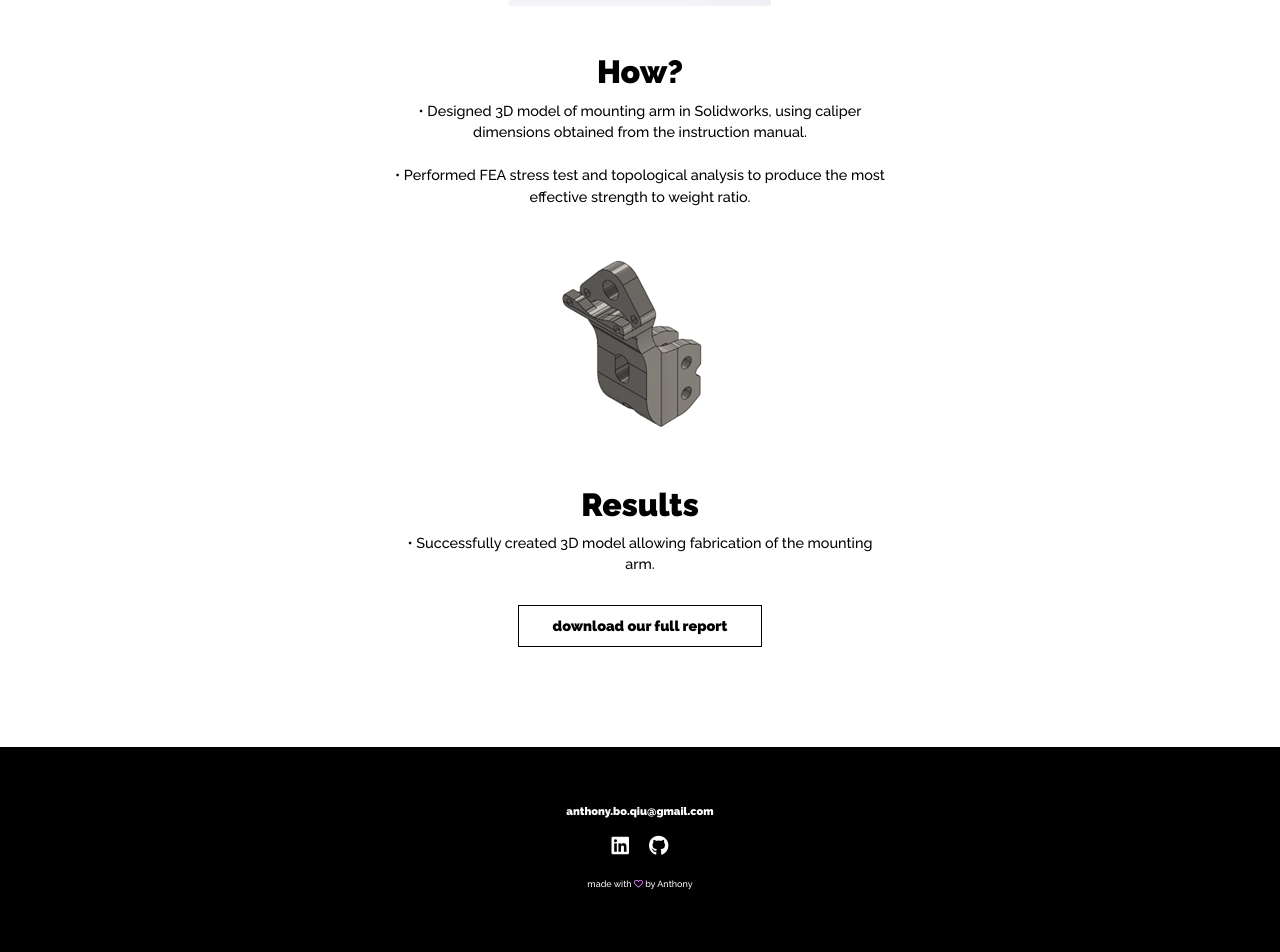
Repository: 7UM1N/anthonyq.github.io
Page: break-caliper-arm.html
These files come from the project's save history. The page is drawn as it stood at one moment and after the next save; the edit follows.
The browser window is 1280 px wide. The pictures show the part of the page from y = 1402 to 2354 px (the page is 2354 px tall before and 2291 px after).

Above is the page before, as saved 2023-02-28 12:54:44.

After the next save:
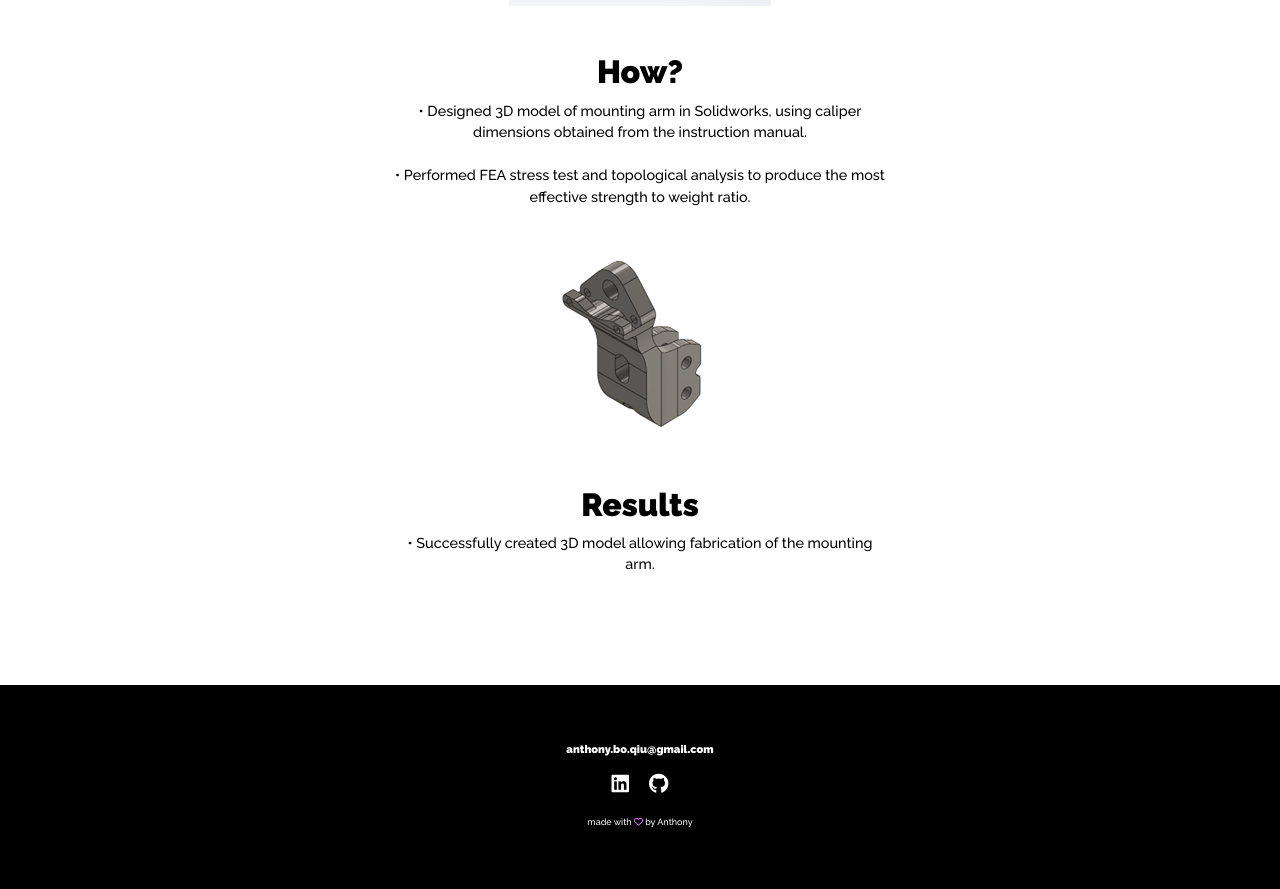
Saved 29 s later.
--- a/break-caliper-arm.html
+++ b/break-caliper-arm.html
@@ -70,7 +70,6 @@
             <p>
                 •	Successfully created 3D model allowing fabrication of the mounting arm.
             </p>
-            <a href="Toy_Design_Report_-_Launcho.pdf" download class="hero-btn inverse-btn"><strong>download our full report</strong></a>
         </section>
 
         <!-- footer -->
